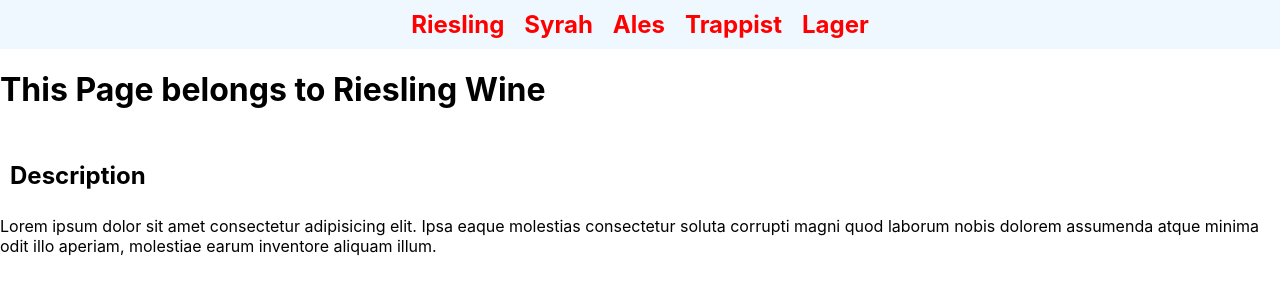
Repository: portretrieve/react-practice
Page: /
An editor plug-in stored every save of this project. The page is shown before and after the next save, followed by the edit.
The browser window is 1280 px wide. The pictures show the whole page.
The project was rebuilt for these pictures with package versions that can differ from the ones it lists, and the page was loaded fresh each time. Also part of the build but not shown: src/wines/Syrah.js, src/beers/Ale.js, src/beers/Lager.js, src/beers/Trappist.js.

Above is the page before, as saved 2021-08-26 19:09:02.

### src/App.js
import { BrowserRouter, Route, Switch } from "react-router-dom";

import Riesling from "./wines/Riesling";
import Syrah from "./wines/Syrah";
import Ale from "./beers/Ale";
import Lager from "./beers/Lager";
import Trappist from "./beers/Trappist";

import Header from "./navigation/Header";

function App() {
  return (
    <BrowserRouter>
      <Header />

      <Route path="/" exact>
        <Riesling />
      </Route>
      <Route path="/syrah">
        <Syrah />
      </Route>
      <Route path="/ale">
        <Ale />
      </Route>
      <Route path="/trappist">
        <Trappist />
      </Route>
      <Route path="/lager">
        <Lager />
      </Route>
    </BrowserRouter>
  );
}

export default App;

### src/wines/Riesling.js
import React from "react";

function Riesling() {
  return (
    <div>
      <h1>This Page belongs to Riesling Wine</h1>
      <br />
      <h2>Description</h2>
      <p>
        Lorem ipsum dolor sit amet consectetur adipisicing elit. Ipsa eaque
        molestias consectetur soluta corrupti magni quod laborum nobis dolorem
        assumenda atque minima odit illo aperiam, molestiae earum inventore
        aliquam illum.
      </p>
    </div>
  );
}

export default Riesling;

### src/navigation/Header.js
import React from "react";
import classes from "./header.module.css";

function Header() {
  return (
    <header className={`${classes.background} ${classes.center}`}>
      <nav>
        <h2>Riesling</h2>
        <h2>Syrah</h2>
        <h2>Ales</h2>
        <h2>Trappist</h2>
        <h2>Lager</h2>
      </nav>
    </header>
  );
}

export default Header;

### src/navigation/header.module.css
.center {
    margin: auto;
    text-align: center;
}

.background {
    background-color: aliceblue;
    color: red;
}

h2 {
    display: inline-block;
    margin: 10px;
}

Loaded but not shown: public/index.html (common file); src/index.js (common file); src/index.css (common file)

After the next save:
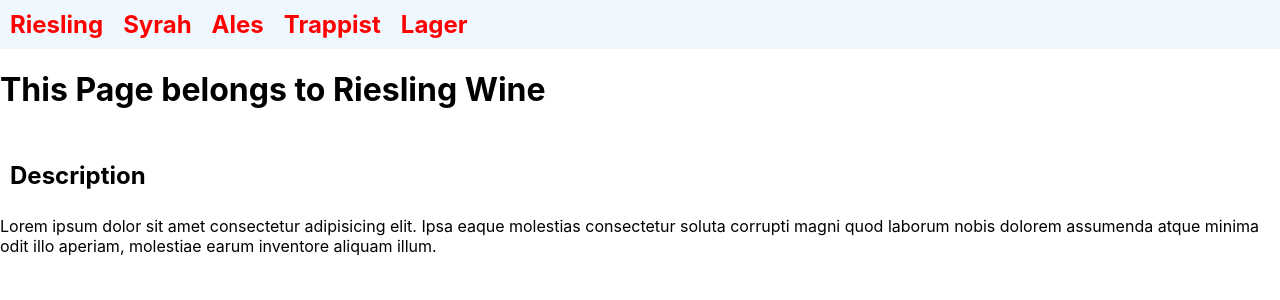
Saved 26 s later.
--- a/src/navigation/header.module.css
+++ b/src/navigation/header.module.css
@@ -1,4 +1,4 @@
-.center {
+.header {
     margin: auto;
     text-align: center;
 }
